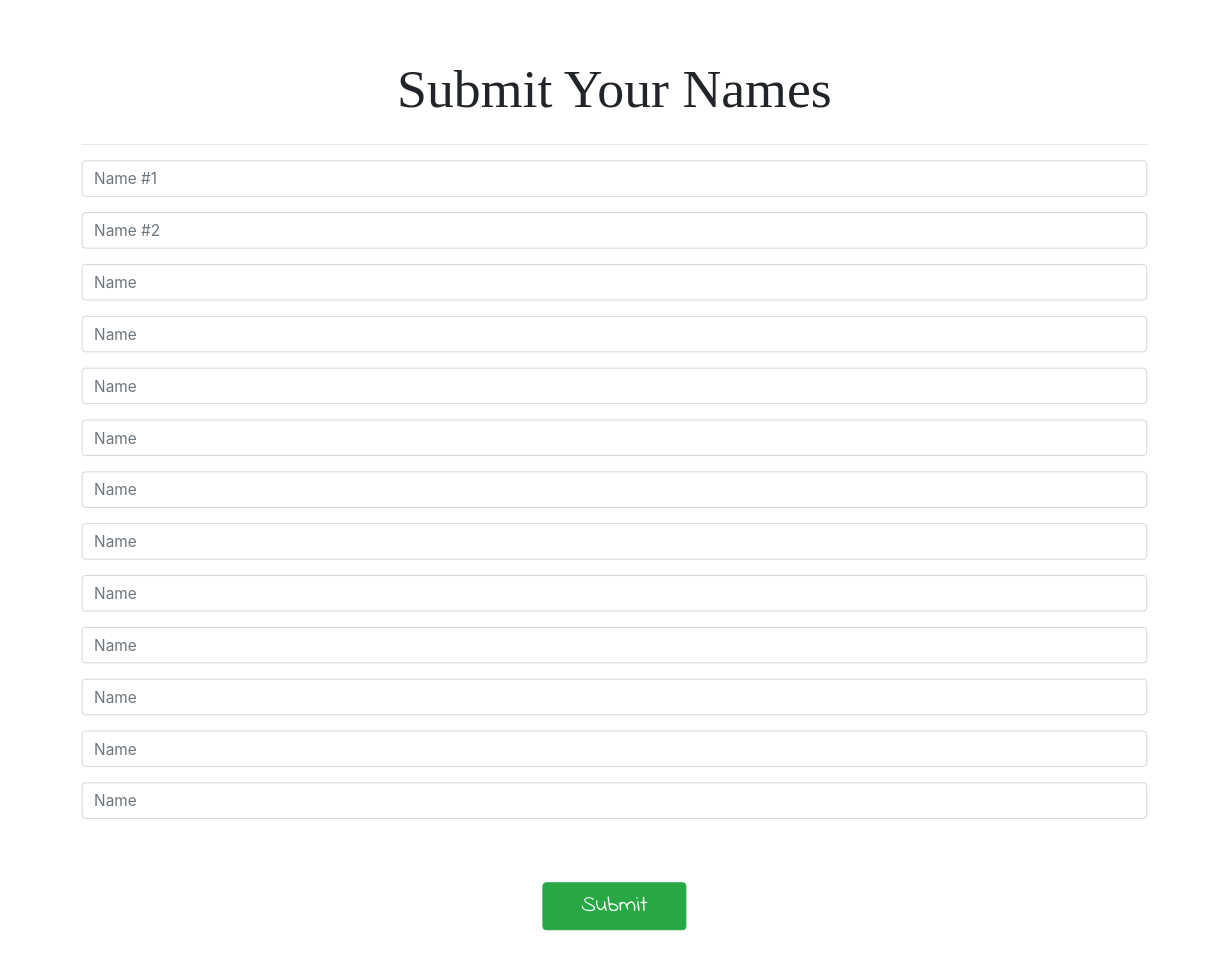
Repository: TaylorD1982/randomizer
Page: submit.html
The author's editor kept a record of every edit. The page is drawn from the files as they stood at one moment, then again after the next edit.
The browser window is 1280 px wide. The pictures show the whole page, at 96% of full size.
Some web fonts or font styles are not loaded; a fallback is used. Some web libraries are served in a nearby version.

Above is the page before.

After the next edit:
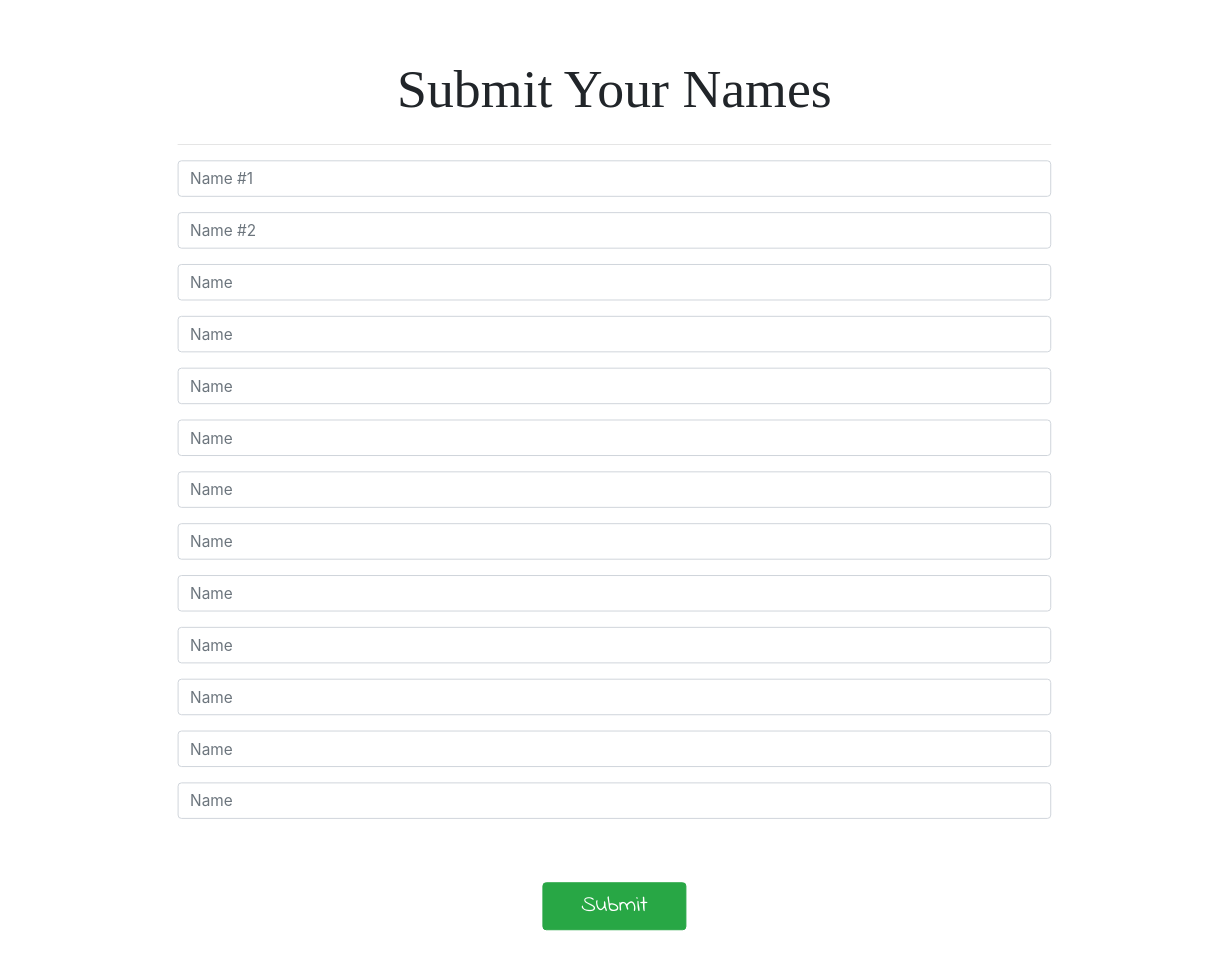
The edit:
--- a/submit.html
+++ b/submit.html
@@ -15,7 +15,7 @@
 
 <body>
     <div class="container">
-        <div class="row app">
+        <div class="row app2">
             <div class="col">
                 <div>
                     <P class="title">Submit Your Names</P>
